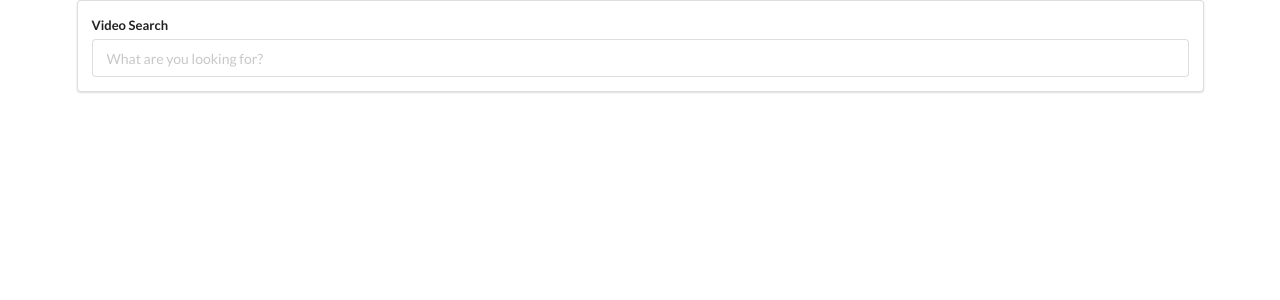
Repository: rahulkeerthi/udemy-react-video-search
Page: /
The author's editor kept a copy of each file at every save. The page is drawn from the files as they stood at one save, then again after the next save.
The browser window is 1280 px wide. The pictures show the whole page.
The project was rebuilt for these pictures with package versions that can differ from the ones it lists, and the page was loaded fresh each time.

Above is the page before, as saved 2020-04-04 17:14:06.

After the next save:
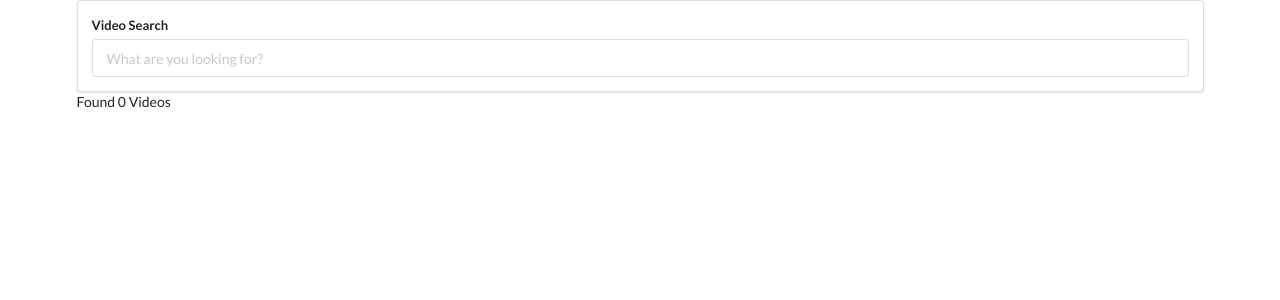
Saved 3 s later.
--- a/src/components/App.js
+++ b/src/components/App.js
@@ -24,6 +24,7 @@ class App extends React.Component {
 		return (
 			<div className="ui container">
 				<SearchBar onTermSubmit={this.onTermSubmit} />
+				Found {this.state.videos.length} Videos
 			</div>
 		);
 	}
